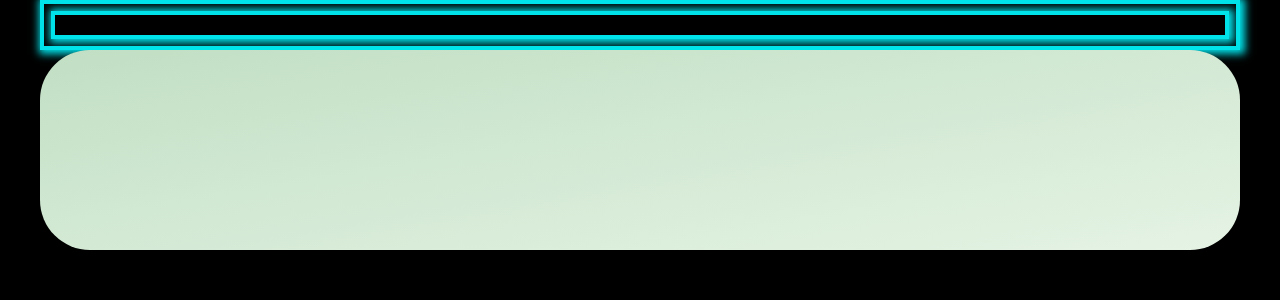
Repository: KhangNguyen3006/WebUI-UX
Page: /
An editor plug-in stored every save of this project. The page is shown before and after the next save, followed by the edit.
The browser window is 1280 px wide. The pictures show the whole page.
The project was rebuilt for these pictures with package versions that can differ from the ones it lists, and the page was loaded fresh each time. Also part of the build but not shown: src/App.css.

Above is the page before, as saved 2023-05-03 23:49:49.

After the next save:
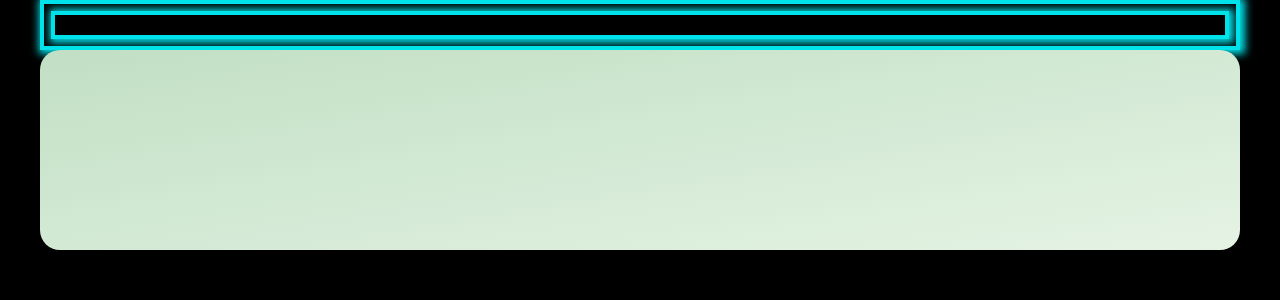
Saved 9 s later.
--- a/src/assets/css/Home.css
+++ b/src/assets/css/Home.css
@@ -12,7 +12,7 @@
 
 .rectangle-linear-gradient{
     height: 200px;
-    border-radius: 50px;
+    border-radius: 20px;
     background-image: linear-gradient(to bottom right, #C1DFC4, #E5F3E4);
 }
 
